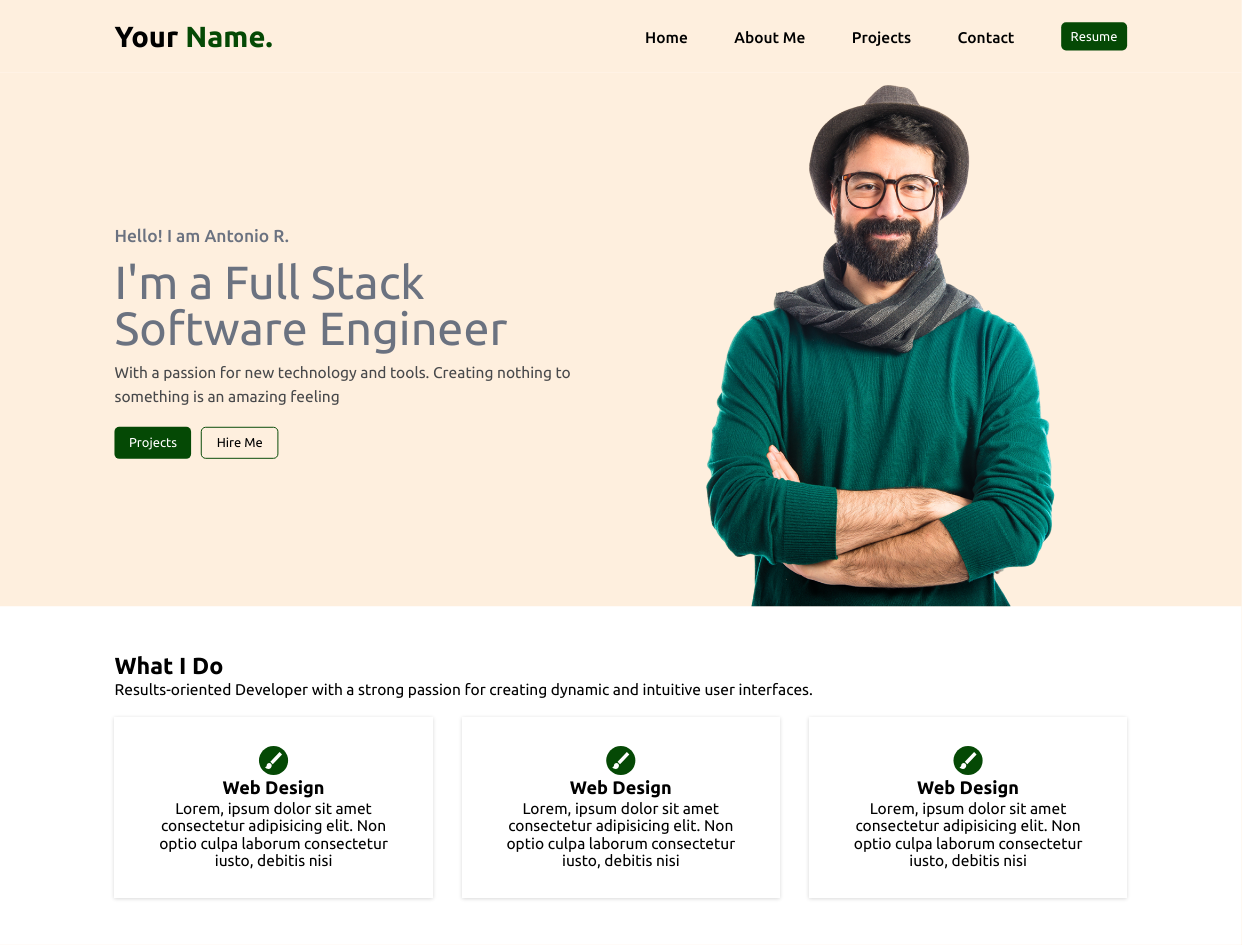
Repository: DevAntonioRogers/vanilla-portfolio
Page: index.html
These files come from the project's save history. The page is drawn as it stood at one moment and after the next save; the edit follows.
The browser window is 1280 px wide. The pictures show the whole page, at 97% of full size.

Above is the page before, as saved 2023-07-14 22:54:37.

### index.html
<!DOCTYPE html>
<html lang="en">
  <head>
    <meta charset="UTF-8" />
    <meta name="viewport" content="width=device-width, initial-scale=1.0" />
    <link rel="stylesheet" href="style.css" />
    <script type="module" src="https://unpkg.com/ionicons@7.1.0/dist/ionicons/ionicons.esm.js"></script>
    <script nomodule src="https://unpkg.com/ionicons@7.1.0/dist/ionicons/ionicons.js"></script>
    <title>Antonio Rogers</title>
  </head>
  <body>
    <nav>
      <div class="container navbar">
        <a href="/" aria-label="Home">
          <h1>Your <span>Name.</span></h1></a
        >
        <ul>
          <li>
            <a href="/" aria-label="Home">Home</a>
          </li>
          <li>
            <a href="/" aria-label="About Me">About Me</a>
          </li>
          <li>
            <a href="/" aria-label="Projects">Projects</a>
          </li>
          <li>
            <a href="/" aria-label="Contact">Contact</a>
          </li>
          <li>
            <a href="/resume.pdf" download aria-label="Download Resume">
              <button class="navbar-button">Resume</button>
            </a>
          </li>
        </ul>
      </div>
    </nav>

    <section class="hero">
      <div class="container hero-container">
        <div class="hero-info">
          <h4>Hello! I am Antonio R.</h4>
          <h1>I'm a Full Stack Software Engineer</h1>
          <p>With a passion for new technology and tools. Creating nothing to something is an amazing feeling</p>

          <div class="hero-btn-container">
            <button>Projects</button>
            <button>Hire Me</button>
          </div>
        </div>

        <div class="hero-image-container">
          <img src="hero.png" alt="" />
        </div>
      </div>
    </section>

    <section class="skills">
      <div class="container skills-container">
        <div class="skills-heading">
          <h2>What I Do</h2>
          <p>
            Results-oriented Developer with a strong passion for creating dynamic and
            <span>intuitive user interfaces</span>.
          </p>
        </div>

        <div class="skills-boxes">
          <div class="skill-box">
            <ion-icon name="brush-sharp"></ion-icon>
            <h3>Web Design</h3>
            <p>
              Lorem, ipsum dolor sit amet consectetur adipisicing elit. Non optio culpa laborum consectetur iusto,
              debitis nisi
            </p>
          </div>
          <div class="skill-box">
            <ion-icon name="brush-sharp"></ion-icon>
            <h3>Web Design</h3>
            <p>
              Lorem, ipsum dolor sit amet consectetur adipisicing elit. Non optio culpa laborum consectetur iusto,
              debitis nisi
            </p>
          </div>
          <div class="skill-box">
            <ion-icon name="brush-sharp"></ion-icon>
            <h3>Web Design</h3>
            <p>
              Lorem, ipsum dolor sit amet consectetur adipisicing elit. Non optio culpa laborum consectetur iusto,
              debitis nisi
            </p>
          </div>
        </div>
      </div>
    </section>
  </body>
</html>

### style.css
@import url("https://fonts.googleapis.com/css2?family=Ubuntu:wght@300;400;500;700&display=swap");

* {
  box-sizing: border-box;
  padding: 0;
  margin: 0;
  font-family: "Ubuntu", sans-serif;
}

a {
  text-decoration: none;
  color: inherit;
}

li {
  list-style: none;
}

.container {
  width: 89%;
  margin: auto;
  max-width: 1044px;
}

ion-icon {
  background-color: rgb(5, 73, 5);
  padding: 5px;
  font-size: 20px;
  color: white;
  border-radius: 50px;
}

/* NAVBAR STYLING */

nav {
  background: #feefde;
  padding: 20px 0;
}

.navbar {
  display: flex;
  justify-content: space-between;
  align-items: center;
}

.navbar h1 {
  font-size: 30px;
  font-weight: 700;
}

.navbar span {
  color: rgb(5, 73, 5);
}

.navbar ul {
  display: flex;
  align-items: center;
  gap: 3rem;
}

.navbar ul li {
  font-weight: 500;
}

.navbar-button {
  background-color: rgb(5, 73, 5);
  padding: 7px 10px;
  border-radius: 5px;
  color: white;
  border: none;
}

/* HERO STYLES */

.hero {
  background-color: #feefde;
}

.hero-container {
  display: grid;
  grid-template-columns: repeat(2, minmax(0, 1fr));
  align-items: center;
  gap: 1.5rem;
}

.hero-image-container {
  display: flex;
  justify-content: center;
  align-items: center;
}

.hero-info h4 {
  font-size: 1.12rem;
  line-height: 1.75rem;
  color: #6b7280;
  font-weight: 500;
  margin-bottom: 10px;
}

.hero-info h1 {
  font-size: 3rem;
  line-height: 1;
  color: #6b7280;
  font-weight: 400;
  margin-bottom: 10px;
}

.hero-info p {
  font-size: 1rem;
  line-height: 1.5rem;
  font-weight: 400;
  color: #48494b;
}

.hero-btn-container {
  margin-top: 20px;
  display: flex;
  gap: 10px;
}
.hero-btn-container button:nth-child(1) {
  background-color: rgb(5, 73, 5);
  color: white;
  border: none;
  padding: 8px 15px;
  border-radius: 5px;
}

.hero-btn-container button:nth-child(2) {
  background-color: transparent;
  padding: 8px 15px;
  border-radius: 5px;
  border: solid 1px rgb(5, 73, 5);
}

.hero-container img {
  height: 550px;
  position: relative;
}

/* Skills Styles */

.skills {
  padding: 3rem 0;
}

.skills-boxes {
  display: grid;
  grid-template-columns: repeat(3, minmax(0, 1fr));
  gap: 30px;
  text-align: center;
  margin-top: 20px;
}

.skill-box {
  box-shadow: rgba(0, 0, 0, 0.16) 0px 1px 4px;
  padding: 30px;
}

After the next save:
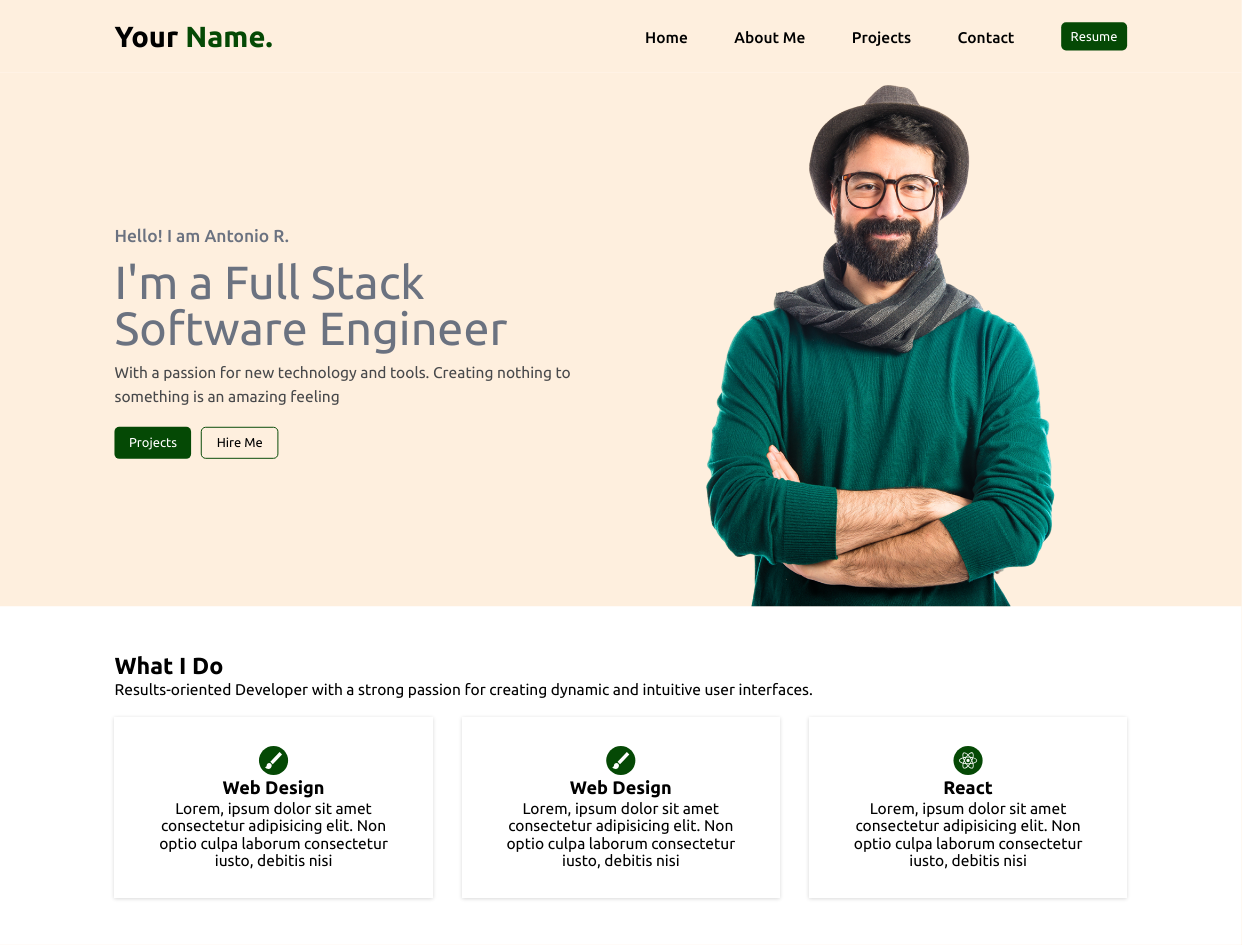
Saved 68 s later.
--- a/index.html
+++ b/index.html
@@ -83,8 +83,8 @@
             </p>
           </div>
           <div class="skill-box">
-            <ion-icon name="brush-sharp"></ion-icon>
-            <h3>Web Design</h3>
+            <ion-icon name="logo-react"></ion-icon>
+            <h3>React</h3>
             <p>
               Lorem, ipsum dolor sit amet consectetur adipisicing elit. Non optio culpa laborum consectetur iusto,
               debitis nisi
